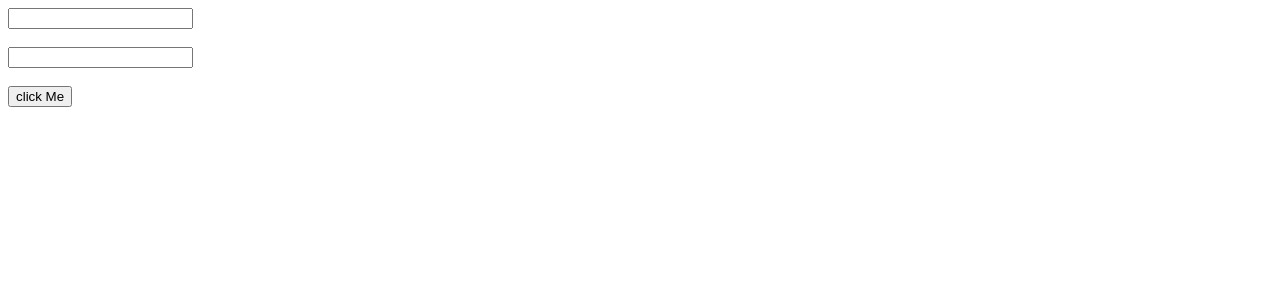
Repository: anik3395/JavaServletProjects
Page: eclipse-workspace/HttpServletRequestResponse/src/main/webapp/index.html
The author's editor kept a copy of each file at every save. The page is drawn from the files as they stood at one save, then again after the next save.
The browser window is 1280 px wide. The pictures show the whole page.

Above is the page before, as saved 2024-10-20 17:31:50.

After the next save:
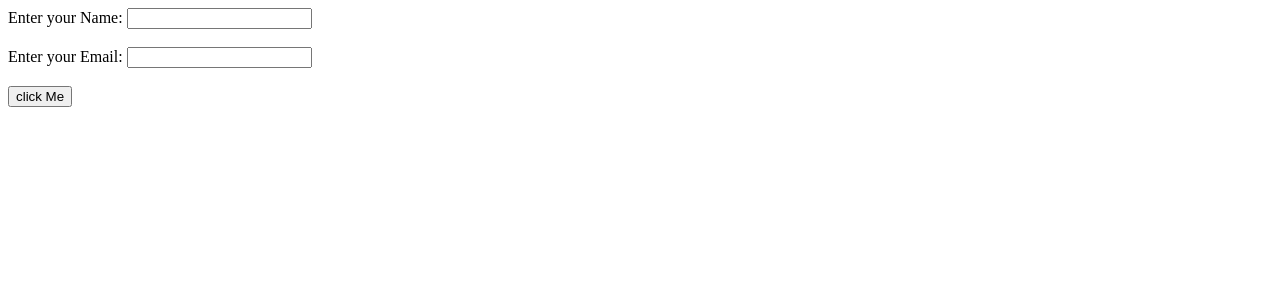
Saved 56 s later.
--- a/eclipse-workspace/HttpServletRequestResponse/src/main/webapp/index.html
+++ b/eclipse-workspace/HttpServletRequestResponse/src/main/webapp/index.html
@@ -6,8 +6,8 @@
 </head>
 <body>
 <form action="aaa" method="post" >
-      <input type = "text" name = "name1"><br/><br/>
-      <input type = "text" name = "email1"><br/><br/>
+     Enter your Name: <input type = "text" name = "name1"><br/><br/>
+     Enter your Email: <input type = "text" name = "email1"><br/><br/>
      <input type="submit" value="click Me">
 
 </form>
